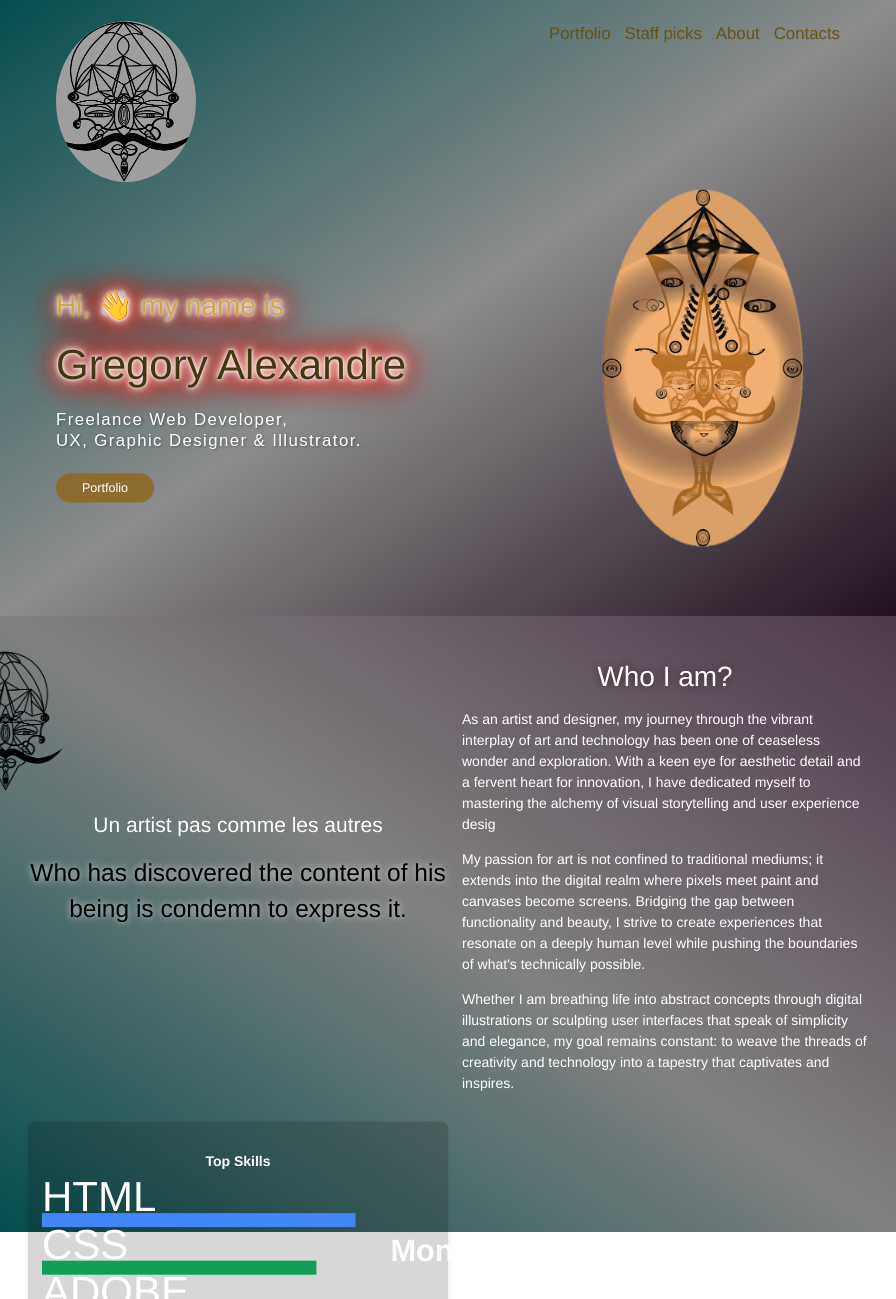
Repository: al-XLeMEsTRE/al-XLeMEsTRE
Page: index.html
These files come from the project's save history. The page is drawn as it stood at one moment and after the next save; the edit follows.
The browser window is 1280 px wide. The pictures show the part of the page from y = 0 to 1856 px (the page is 5520 px tall), at 70% of full size.
Pictures or frames that could not be fetched are drawn as grey boxes. A picture or video elsewhere on the page could not be fetched, so the positions and the page height are approximate.

Above is the page before, as saved 2023-11-23 19:40:22.

After the next save:
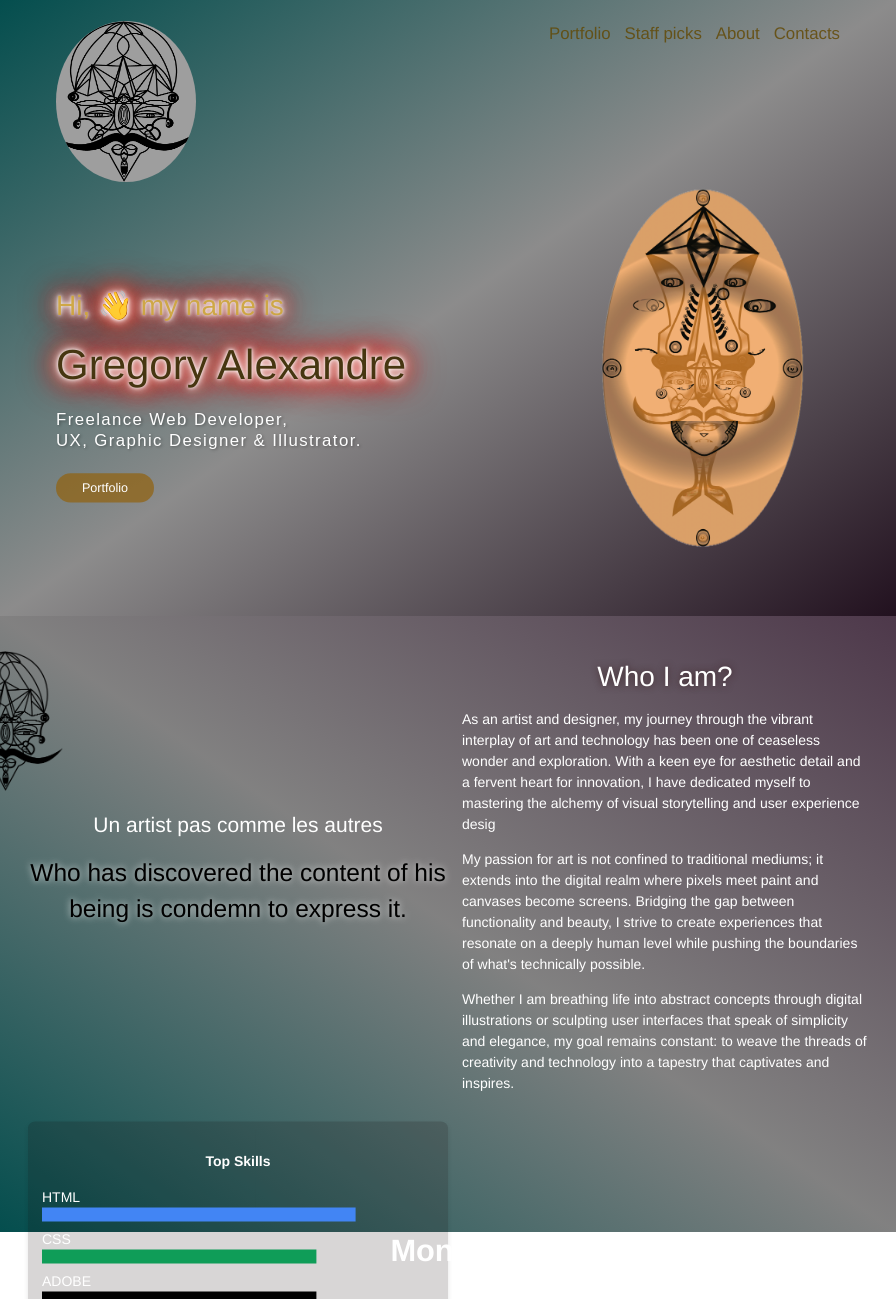
Saved 7 s later.
--- a/style/styles.css
+++ b/style/styles.css
@@ -354,7 +354,7 @@
 }
 
 .skill__title{
-  font-size: 60px;
+  font-size: 20px;
   line-height: 30px;
   font-weight: 500;
   margin-bottom: 4px;
